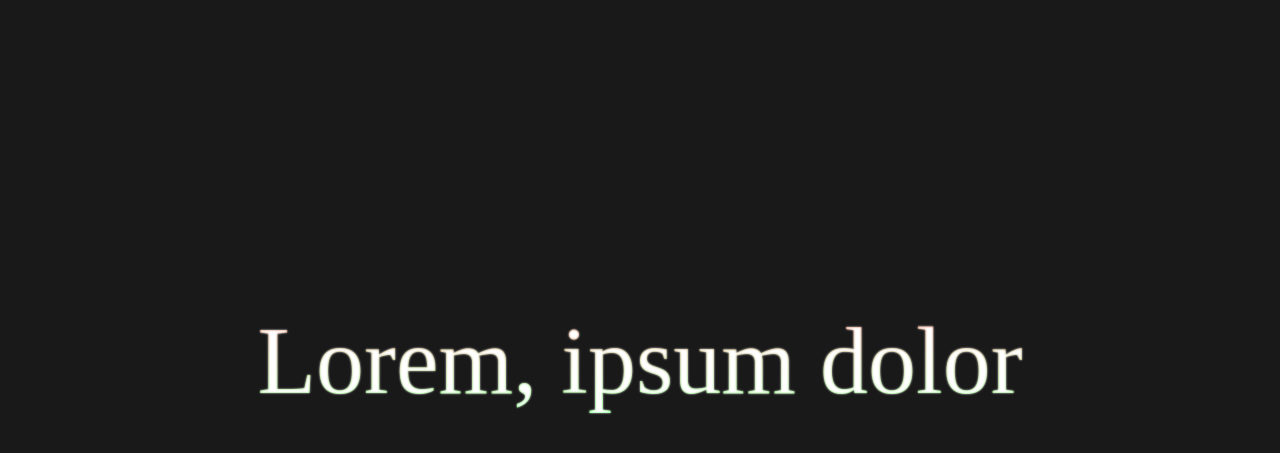
Repository: zuuo/--
Page: 文字颜色跑马灯/index.html
An editor plug-in stored every save of this project. The page is shown before and after the next save, followed by the edit.
The browser window is 1280 px wide. The pictures show the whole page.
The style sheet was rebuilt from its Sass, Less or Tailwind sources for each picture, by a compiler version that may differ from the author's.

Above is the page before, as saved 2024-02-29 21:38:50.

### 文字颜色跑马灯/index.html
<!DOCTYPE html>
<html lang="en">

<head>
    <meta charset="UTF-8">
    <meta name="viewport" content="width=device-width, initial-scale=1.0">
    <title>Document</title>
    <link rel="stylesheet" href="./style.css">
</head>

<body>
    <div class="box">
        <p>Lorem, ipsum dolor</p>
    </div>
</body>

</html>

### 文字颜色跑马灯/style.less
body {
    margin: 0;
    padding: 0;
}

.box {
    width: 100vw;
    height: 100vh;
    background-color: #1a1919;
    font-size: 96px;
    display: flex;
    align-items: center;
    justify-content: center;

    p {
        text-shadow: 0 0 2px #fff;
        color: transparent;
        background-image: linear-gradient(to top, #09fd1d, #f10d0d);
        background-size: cover;
        background-repeat: no-repeat;
        background-clip: text;
        -webkit-background-clip: text;
    }
}

After the next save:
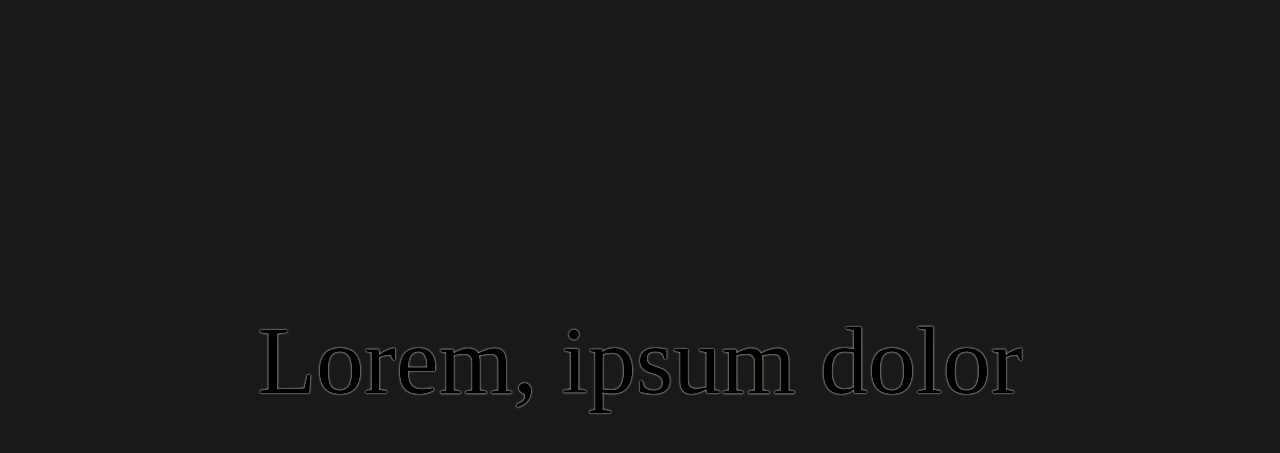
Saved 7 s later.
--- a/文字颜色跑马灯/style.less
+++ b/文字颜色跑马灯/style.less
@@ -14,7 +14,7 @@
 
     p {
         text-shadow: 0 0 2px #fff;
-        color: transparent;
+        // color: transparent;
         background-image: linear-gradient(to top, #09fd1d, #f10d0d);
         background-size: cover;
         background-repeat: no-repeat;

After the save that followed:
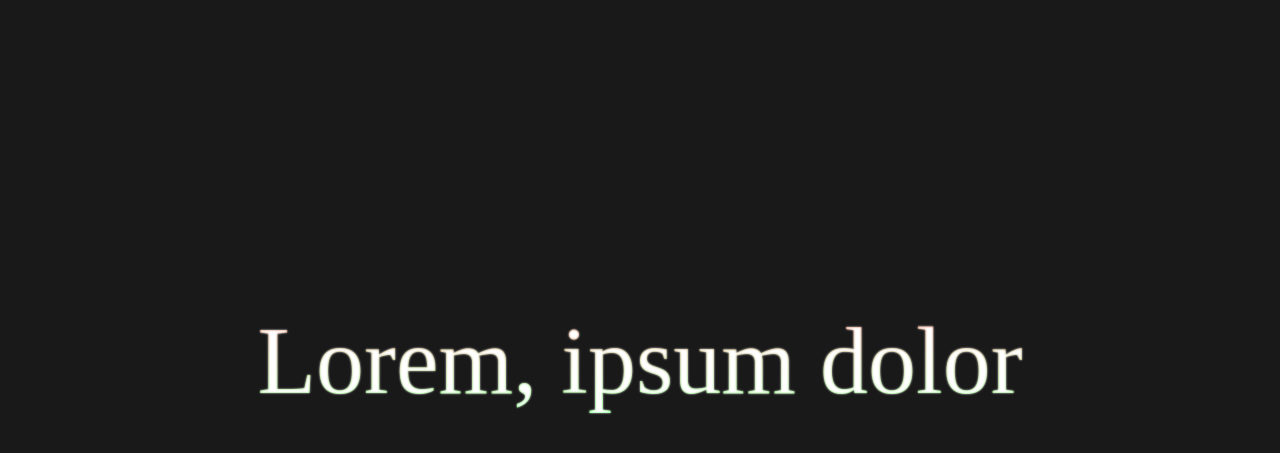
Saved 4 s later.
--- a/文字颜色跑马灯/style.less
+++ b/文字颜色跑马灯/style.less
@@ -14,7 +14,7 @@
 
     p {
         text-shadow: 0 0 2px #fff;
-        // color: transparent;
+        color: transparent;
         background-image: linear-gradient(to top, #09fd1d, #f10d0d);
         background-size: cover;
         background-repeat: no-repeat;
